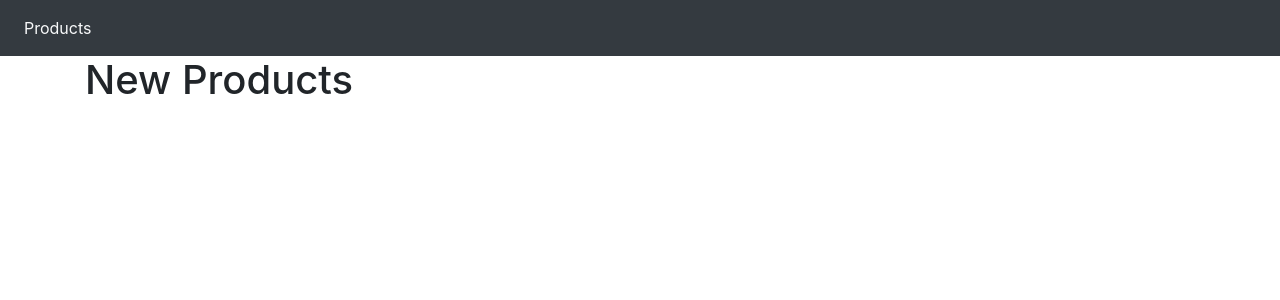
Repository: Aniksaha19/curd
Page: http://localhost/product/create
These files come from the project's save history. The page is drawn as it stood at one moment and after a run of saves; the edit follows.
The browser window is 1280 px wide. The pictures show the whole page.
The page is served by the project's Laravel application, run on PHP 8.4 with Laravel 10.

Above is the page before, as saved 2023-06-01 16:32:23.

After the next 8 saves:
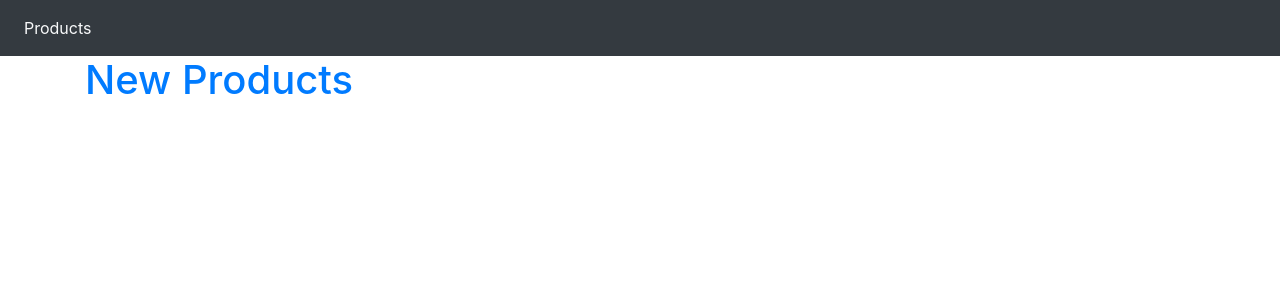
The 8 saves are shown as one change because they came seconds apart.
The last was saved 33 s later.
--- a/resources/views/products/create.blade.php
+++ b/resources/views/products/create.blade.php
@@ -21,6 +21,9 @@
             </ul>
         </nav>
         <div class="container">
+            <div>
+                <a href=""
+            </div>
             <h1> New Products</h1>
         </div>
 </body>

After the save that followed:
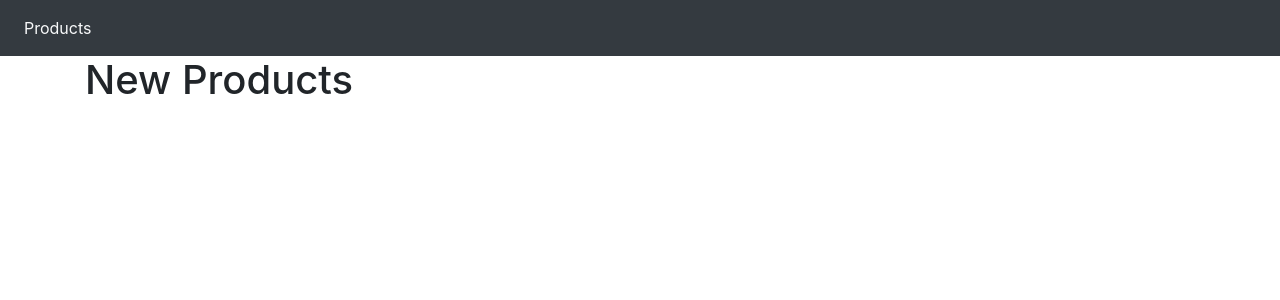
Saved 26 s later.
--- a/resources/views/products/create.blade.php
+++ b/resources/views/products/create.blade.php
@@ -22,7 +22,7 @@
         </nav>
         <div class="container">
             <div>
-                <a href=""
+                <a href=""></a>
             </div>
             <h1> New Products</h1>
         </div>
